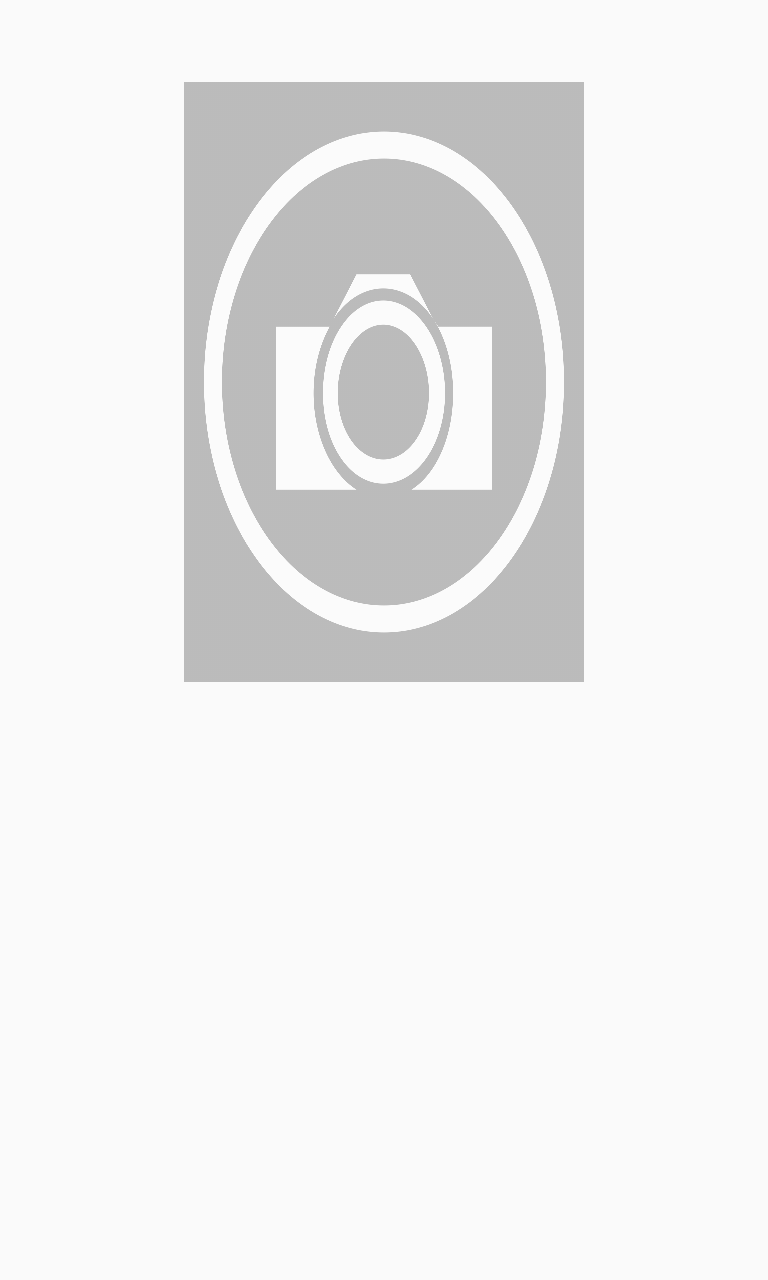
Repository: Sjaakja/hangman_app_studio
Layout: workspace/Hangman-TimeToSaveYourFriends/res/layout/fragment_my_condemned.xml
The author's editor kept a copy of each file at every save. The layout is drawn from the files as they stood at one save, then again after the next save.
It is drawn on a 768 x 1280 px phone screen (xhdpi) without system bars, with theme AppTheme; the app's code is not run.

Above is the layout before, as saved 2014-06-11 09:56:56.

After the next save:
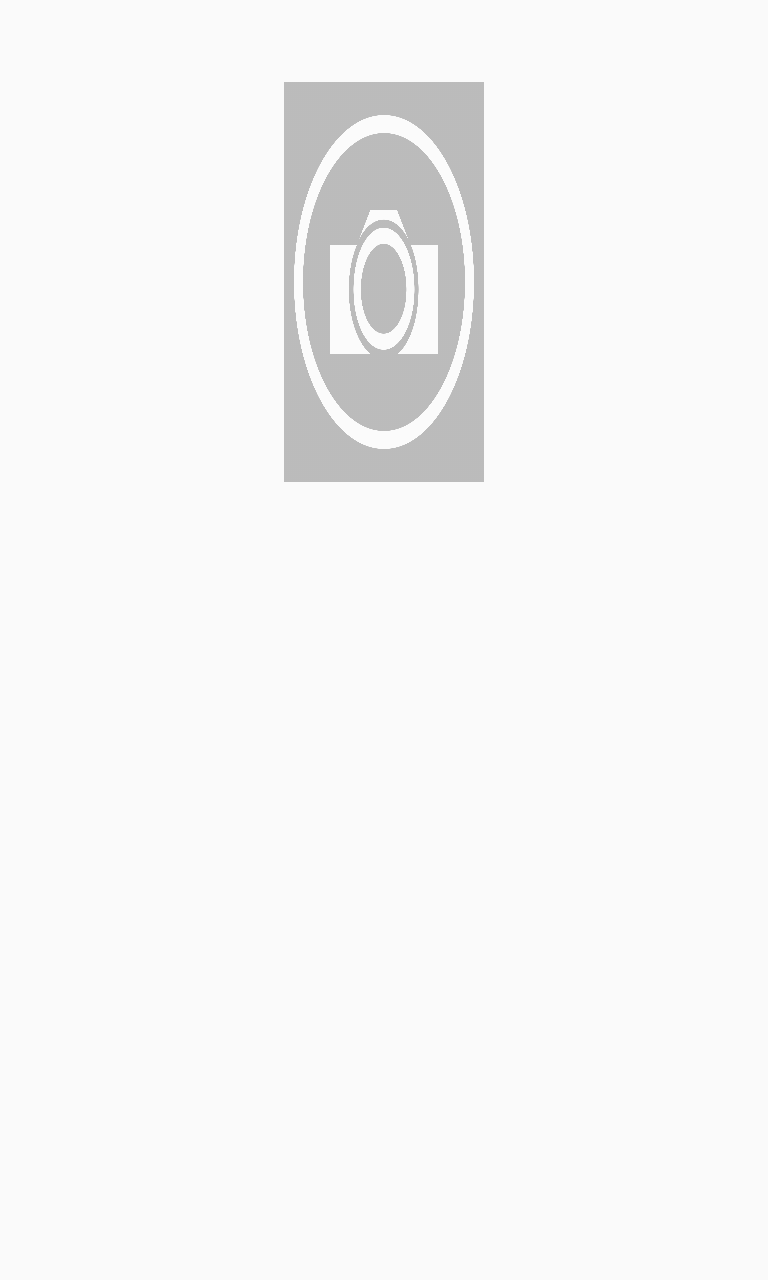
Saved 11 s later.
--- a/workspace/Hangman-TimeToSaveYourFriends/res/layout/fragment_my_condemned.xml
+++ b/workspace/Hangman-TimeToSaveYourFriends/res/layout/fragment_my_condemned.xml
@@ -10,8 +10,8 @@
 
     <ImageButton
         android:id="@+id/imageButton1"
-        android:layout_width="200dp"
-        android:layout_height="300dp"
+        android:layout_width="100dp"
+        android:layout_height="200dp"
         android:layout_centerHorizontal="true"
         android:layout_marginTop="25dp"
         android:background="@drawable/camera_icon" />
